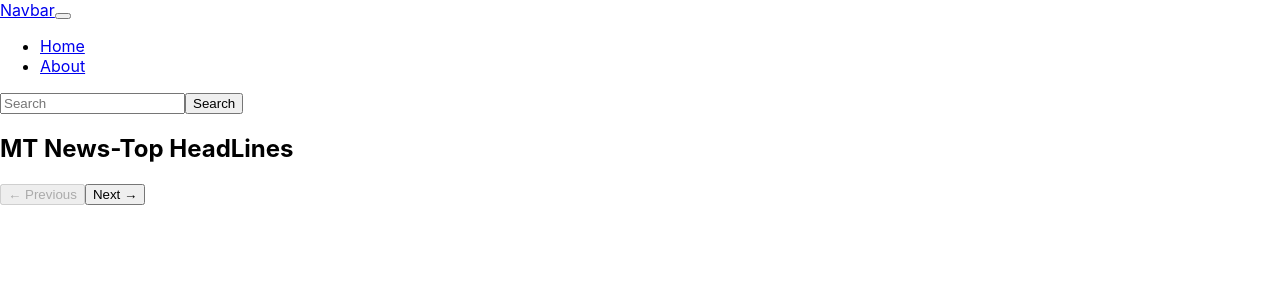
Repository: professorsourabh/news_website_using-ReactJS
Page: /
These files come from the project's save history. The page is drawn as it stood at one moment and after the next save; the edit follows.
The browser window is 1280 px wide. The pictures show the whole page.
The page's requests for data from a server got no answer. The project was rebuilt for these pictures with package versions that can differ from the ones it lists, and the page was loaded fresh each time. No one was signed in, and anything a server would have sent is missing. Also part of the build but not shown: src/App.css, src/Components/NewsaItem.js.

Above is the page before, as saved 2023-05-14 11:16:54.

### src/App.js
import './App.css';

import React, { Component } from 'react'
import NavBar from './Components/NavBar';
import News from './Components/News';
export default class App extends Component {

  render() {
    return (
      <div>
        <NavBar/>
        <News/>
      </div>
    )
  }
}

### src/Components/NavBar.js
import React, { Component } from 'react'
// import PropTypes from 'prop-types'

export class NavBar extends Component {


  render() {
    return (
      <div>
        <nav className="navbar navbar-expand-lg bg-body-tertiary">
  <div className="container-fluid">
    <a className="navbar-brand" href="/">Navbar</a>
    <button className="navbar-toggler" type="button" data-bs-toggle="collapse" data-bs-target="/navbarSupportedContent" aria-controls="navbarSupportedContent" aria-expanded="false" aria-label="Toggle navigation">
      <span className="navbar-toggler-icon"></span>
    </button>
    <div className="collapse navbar-collapse" id="navbarSupportedContent">
      <ul className="navbar-nav me-auto mb-2 mb-lg-0">
        <li className="nav-item">
          <a className="nav-link active" aria-current="page" href="/">Home</a>
        </li>
        <li className="nav-item">
          <a className="nav-link active" aria-current="page" href="/">About</a>
        </li>

      </ul>
      <form className="d-flex" role="search">
        <input className="form-control me-2" type="search" placeholder="Search" aria-label="Search"/>
        <button className="btn btn-outline-success" type="submit">Search</button>
      </form>
    </div>
  </div>
</nav>

      </div>
    )
  }
}

export default NavBar

### src/Components/News.js
import React, { Component } from 'react'
import NewsaItem from './NewsaItem';

export class News extends Component {

    constructor(){
        super();
        this.state={
          articles:[],
            loading: false,
            page:1
        }

    }
   async componentDidMount(){

      let url="https://newsapi.org/v2/top-headlines?country=in&category=business&apiKey=6de024851937497c9017d3f0f0e104a4&page=1&pagesize=18";
      let data=await fetch(url);
      let parsedData=await data.json();
      console.log(parsedData);
      this.setState({articles: parsedData.articles,totalResults:parsedData.totalResults})
  }
  handlePreviousClick=async()=>{
    let url=`https://newsapi.org/v2/top-headlines?country=in&category=business&apiKey=6de024851937497c9017d3f0f0e104a4&page=${this.state.page - 1}&pagesize=18`;
      let data=await fetch(url);
      let parsedData=await data.json();
      console.log(parsedData);
      this.setState({
        page: this.state.page - 1,
        articles: parsedData.articles
      })
  }
  handleNextClick=async()=>{
    if(this.state.page+1>Math.ceil(this.state.totalResults/18)){}
    else{
    let url=`https://newsapi.org/v2/top-headlines?country=in&category=business&apiKey=6de024851937497c9017d3f0f0e104a4&page=${this.state.page + 1}&pagesize=18`;
      let data=await fetch(url);
      let parsedData=await data.json();
      console.log(parsedData);
      this.setState({
        page: this.state.page + 1,
        articles: parsedData.articles

      })
    }
  }
  render() {
    return (
      <div className='container my-3'>
        <h2>MT News-Top HeadLines</h2>
        <div className="row">
        {this.state.articles.map((element)=>{

        return   <div className="col-md-4" key={element.url}>
         <NewsaItem title={element.title?element.title:""} discription={element.description?element.description.slice(0,88):""} imageUrl={element.urlToImage?element.urlToImage:"https://img.etimg.com/thumb/msid-100188906,width-1070,height-580,imgsize-113958,overlay-etmarkets/photo.jpg"} newsUrl={element.url}></NewsaItem>
         </div>
        })}
        </div>
        <div className="container d-flex justify-content-between">
          <button disabled={this.state.page<=1} type='button' className='btn btn-info my-2 mx-2' onClick={this.handlePreviousClick} >&#8592; Previous</button>

          <button type='button' className='btn btn-info my-2 mx-2' onClick={this.handleNextClick}>Next &#8594;</button>
        </div>


      </div>
    )
  }
}

export default News

Loaded but not shown: src/index.js (common file); src/index.css (common file); src/reportWebVitals.js (common file)

After the next save:
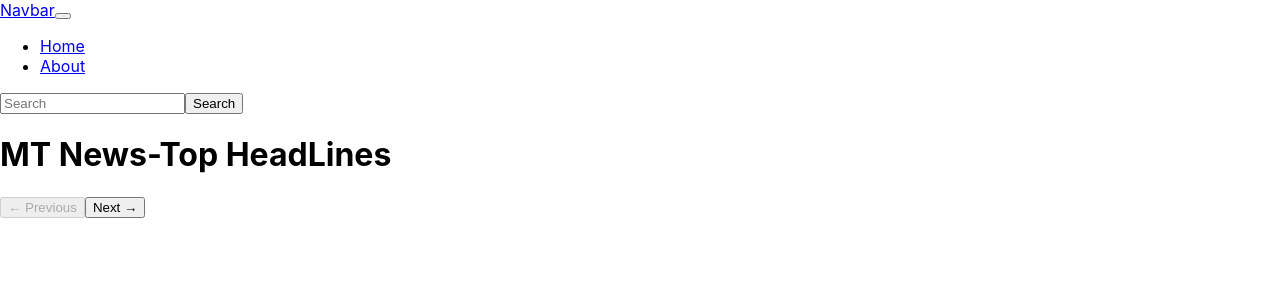
Saved 95 min 48 s later.
--- a/src/Components/News.js
+++ b/src/Components/News.js
@@ -47,7 +47,7 @@ export class News extends Component {
   render() {
     return (
       <div className='container my-3'>
-        <h2>MT News-Top HeadLines</h2>
+        <h1 className='center'> MT News-Top HeadLines</h1>
         <div className="row">
         {this.state.articles.map((element)=>{
 
